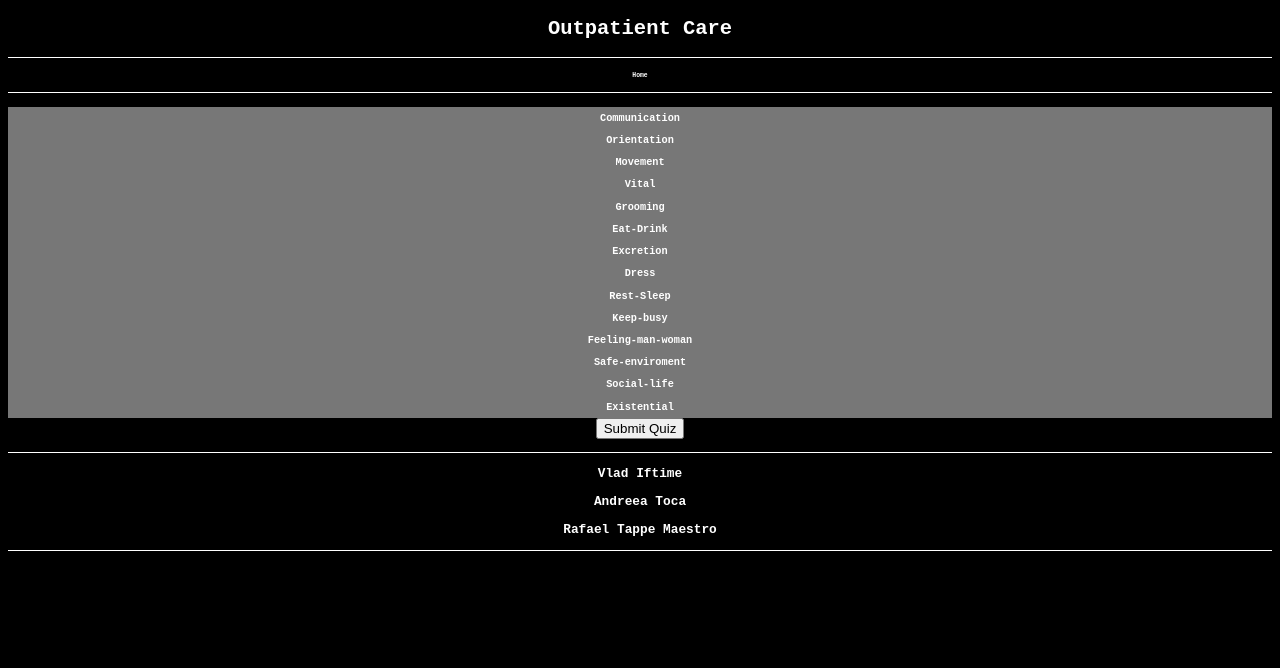
Repository: VladIftime/KnowledgeTechnology2019
Page: src/front/index.html
An editor plug-in stored every save of this project. The page is shown before and after the next save, followed by the edit.
The browser window is 1280 px wide. The pictures show the whole page.

Above is the page before, as saved 2020-01-11 20:21:30.

After the next save:
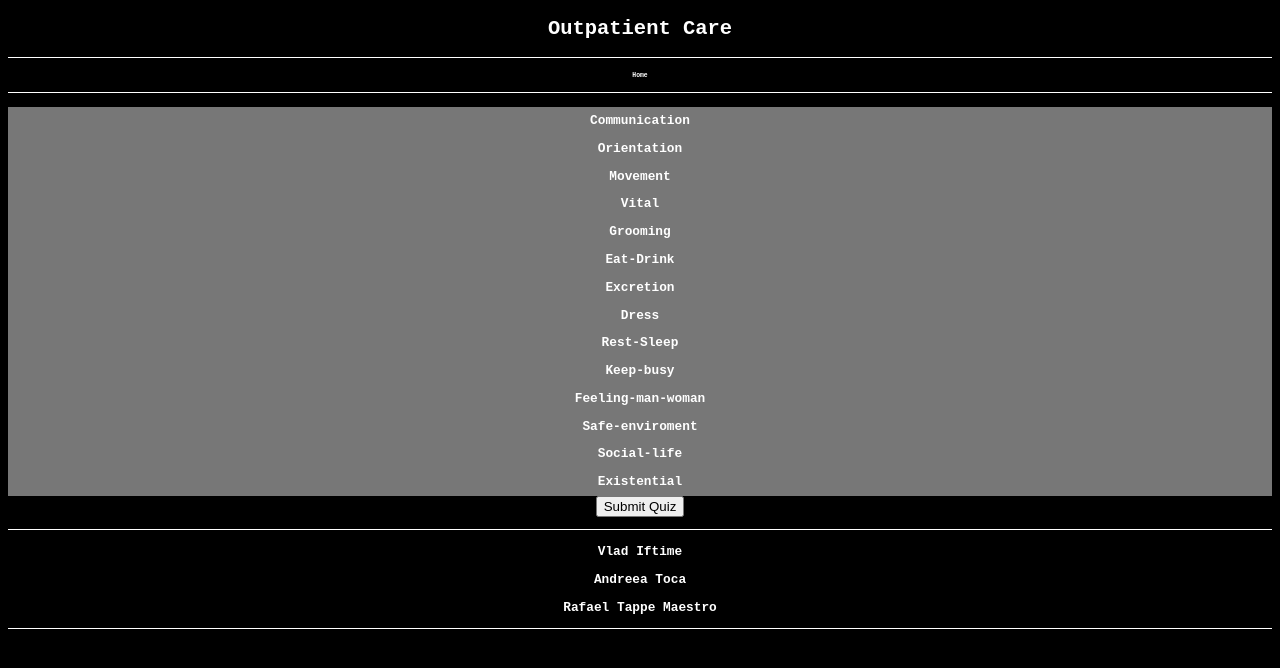
Saved 26 s later.
--- a/src/front/style.css
+++ b/src/front/style.css
@@ -60,7 +60,7 @@ hr {
 
 .collapse {
     font-family: "Courier New", Courier, monospace;
-    font-size: 80%;
+    font-size: 100%;
     font-weight: bold;
 
     background-color: #777;
